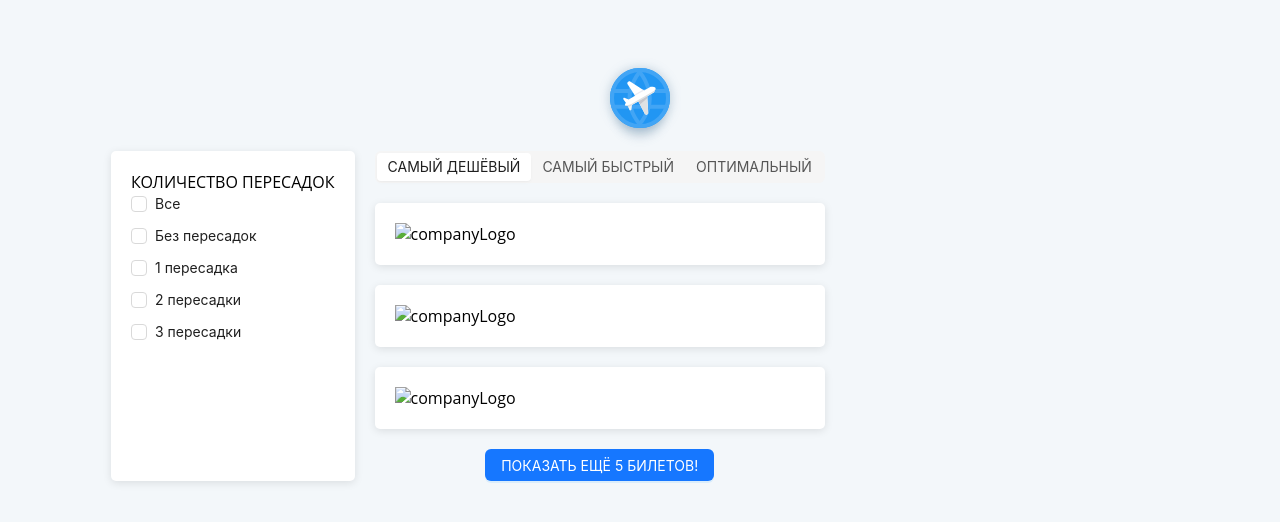
Repository: Dedoxa/aviasalesTickets
Page: /
An editor plug-in stored every save of this project. The page is shown before and after the next save, followed by the edit.
The browser window is 1280 px wide. The pictures show the whole page.
The project was rebuilt for these pictures with package versions that can differ from the ones it lists, and the page was loaded fresh each time. Also part of the build but not shown: vite.config.js, src/TicketCard/TicketCard.module.scss.

Above is the page before, as saved 2024-10-19 16:39:29.

### index.html
<!doctype html>
<html lang="en">
  <head>
    <meta charset="UTF-8" />
    <meta name="viewport" content="width=device-width, initial-scale=1.0" />
    <title>AviasalesTickets</title>
  </head>
  <body>
    <div id="root"></div>
    <script type="module" src="/src/main.jsx"></script>
  </body>
</html>

### src/main.jsx
import { StrictMode } from 'react';
import { createRoot } from 'react-dom/client';

import App from './App.jsx';

createRoot(document.getElementById('root')).render(
  <StrictMode>
    <App />
  </StrictMode>
);

### src/App.jsx
import TransferFilters from './TransferFilters/TransferFilters.jsx';
import AppIcon from './AppIcon/AppIcon.jsx';
import PriceFilters from './PriceFilters/PriceFilters.jsx';
import TicketCard from './TicketCard/TicketCard.jsx';
import ShowMoreButton from './ShowMoreButton/ShowMoreButton.jsx';
import classes from './App.module.scss';

function App() {
  return (
    <main className={classes.App}>
      <AppIcon />
      <div style={{ display: 'flex', gap: '20px' }}>
        <TransferFilters />
        <div className={classes['priceFiltersAndTicketsContainer']}>
          <PriceFilters />
          <TicketCard />
          <TicketCard />
          <TicketCard />
          <ShowMoreButton />
        </div>
      </div>
    </main>
  );
}

export default App;

### src/TransferFilters/TransferFilters.jsx
import { Checkbox } from 'antd';

import { contentBox } from '../App.module.scss';

import classes from './TransferFilters.module.scss';

const TransferFilters = () => {
  return (
    <>
      <div className={contentBox}>
        <span className={classes.title}>КОЛИЧЕСТВО ПЕРЕСАДОК</span>
        <div className={classes.checkboxContainer}>
          <Checkbox>Все</Checkbox>
          <Checkbox>Без пересадок</Checkbox>
          <Checkbox>1 пересадка</Checkbox>
          <Checkbox>2 пересадки</Checkbox>
          <Checkbox>3 пересадки</Checkbox>
        </div>
      </div>
    </>
  );
};

export default TransferFilters;

### src/AppIcon/AppIcon.jsx
import classes from './AppIcon.module.scss';

const AppIcon = () => {
  return (
    <div className={classes.AppIcon}>
      <img src="/public/img/Logo.svg" alt="AviasalesIcon" />
    </div>
  );
};

export default AppIcon;

### src/PriceFilters/PriceFilters.jsx
import { Segmented } from 'antd';

const PriceFilters = () => {
  return <Segmented options={['САМЫЙ ДЕШЁВЫЙ', 'САМЫЙ БЫСТРЫЙ', 'ОПТИМАЛЬНЫЙ']} />;
};

export default PriceFilters;

### src/TicketCard/TicketCard.jsx
import { contentBox } from '../App.module.scss';

import classes from './TicketCard.module.scss';

const TicketCard = () => {
  return (
    <div className={contentBox}>
      <div className={classes.mainTicketInfo}>
        <span></span>
        <img src='' alt='companyLogo'></img>
      </div>
    </div>
  );
};

export default TicketCard;

### src/ShowMoreButton/ShowMoreButton.jsx
import { Button } from 'antd';

import classes from './ShowMoreButton.module.scss';

const ShowMoreButton = () => {
  return (
    <div className={classes.showMoreButton}>
      <Button type="primary">ПОКАЗАТЬ ЕЩЁ 5 БИЛЕТОВ!</Button>
    </div>
);
};

export default ShowMoreButton;

### src/App.module.scss
@font-face {
  font-family: 'Open Sans';
  src: url('https://fonts.googleapis.com/css2?family=Open+Sans:ital,wght@0,300..800;1,300..800&display=swap');
}

.contentBox {
  display: inline-block;
  font-family: 'Open Sans', sans-serif;
  background-color: #fff;
  border-radius: 5px;
  box-shadow: 0 2px 8px 0 rgba(0, 0, 0, 0.1);
  padding: 20px;
}

body {
  background-color: #f3f7fa;
  padding: 50px 103px;
}

.App {
  .priceFiltersAndTicketsContainer {
    display: flex;
    flex-direction: column;
    gap: 20px;
  }
}

### src/TransferFilters/TransferFilters.module.scss
.title {
  margin-bottom: 20px;
}

.checkboxContainer {
  display: flex;
  flex-direction: column;
  gap: 10px;
}

### src/AppIcon/AppIcon.module.scss
.AppIcon {
    text-align: center;
}

### src/ShowMoreButton/ShowMoreButton.module.scss
.showMoreButton {
    text-align: center;
}

After the next save:
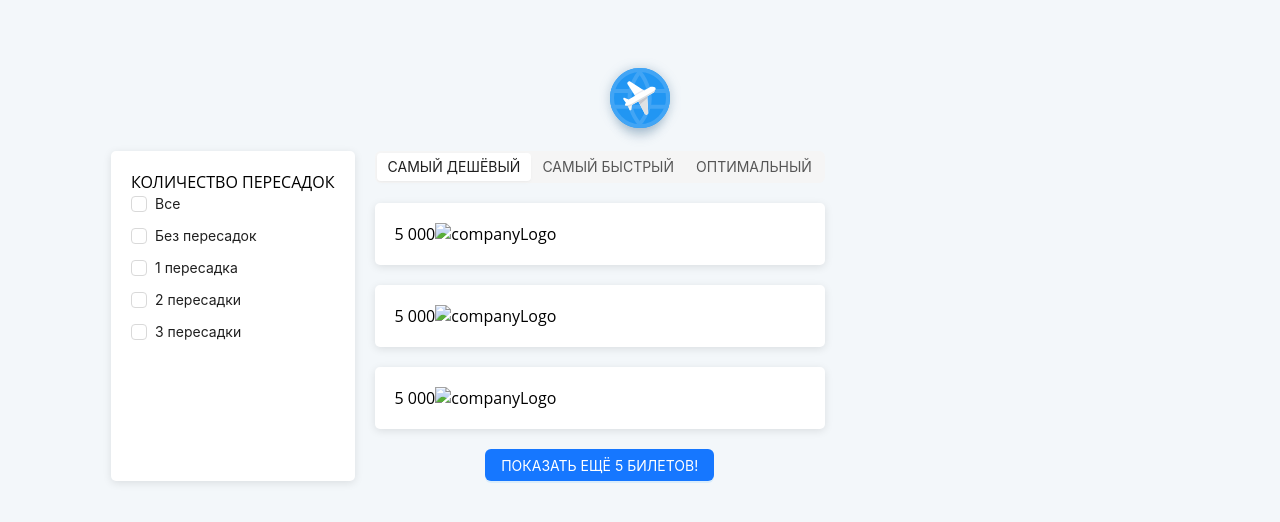
Saved 26 s later.
--- a/src/TicketCard/TicketCard.jsx
+++ b/src/TicketCard/TicketCard.jsx
@@ -6,8 +6,8 @@ const TicketCard = () => {
   return (
     <div className={contentBox}>
       <div className={classes.mainTicketInfo}>
-        <span></span>
-        <img src='' alt='companyLogo'></img>
+        <span>5 000</span>
+        <img src="" alt="companyLogo"></img>
       </div>
     </div>
   );
